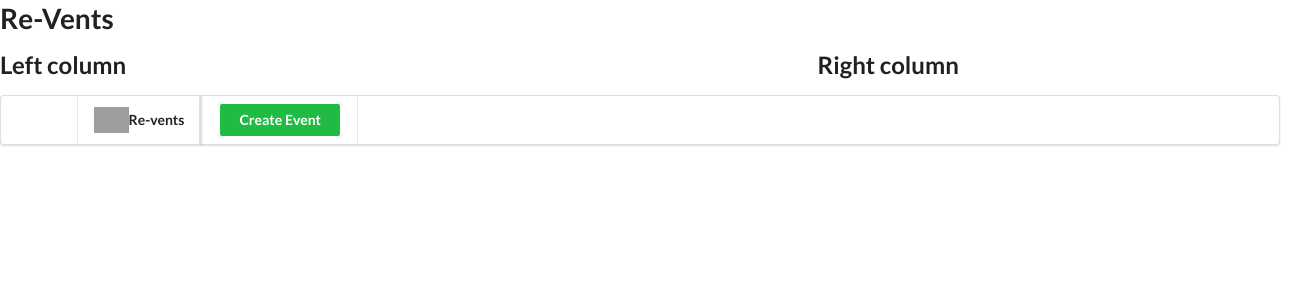
Repository: Preranabaruah/react-semantic-ui
Page: /
These files come from the project's save history. The page is drawn as it stood at one moment and after the next save; the edit follows.
The browser window is 1280 px wide. The page is 1294 px wide, so the pictures cover 1294 px, including what lies to the right of the window. The pictures show the whole page.
Pictures or frames that could not be fetched are drawn as grey boxes. The project was rebuilt for these pictures with package versions that can differ from the ones it lists, and the page was loaded fresh each time. Also part of the build but not shown: vite.config.ts.

Above is the page before, as saved 2023-09-08 13:10:22.

### index.html
<!doctype html>
<html lang="en">
  <head>
    <meta charset="UTF-8" />
    <link rel="icon" type="image/svg+xml" href="/vite.svg" />
    <meta name="viewport" content="width=device-width, initial-scale=1.0" />
    <title>Re-vents</title>
  </head>
  <body>
    <div id="root"></div>
    <script type="module" src="/src/index.tsx"></script>
  </body>
</html>

### src/index.tsx
import React from "react";
import ReactDOM from "react-dom/client";
import App from "./App.tsx";
import "semantic-ui-css/semantic.min.css";
ReactDOM.createRoot(document.getElementById("root")!).render(
  <React.StrictMode>
    <App />
  </React.StrictMode>
);

### src/App.tsx
import EventDashboard from "./features/events/event-dashboard";
import NavBar from "./features/nav-bar";

function App() {
  return (
    <>
      <div>
        <h1>Re-Vents</h1>
        <EventDashboard />
        <NavBar />
      </div>
    </>
  );
}

export default App;

### src/features/events/event-dashboard/index.tsx
import { Grid } from "semantic-ui-react";
const EventDashboard = () => {
  return (
    <>
      <Grid>
        <Grid.Column width={10}>
          <h2>Left column</h2>
        </Grid.Column>
        <Grid.Column width={6}>
          <h2>Right column</h2>
        </Grid.Column>
      </Grid>
    </>
  );
};

export default EventDashboard;

### src/features/nav-bar/index.tsx
import { Menu, Container, Button } from "semantic-ui-react";

const NavBar = () => {
  return (
    <>
      <Menu inverted-fixed="top">
        <Container>
          <Menu.Item header>
            <img src="/src/assets/react.svg" />
            Re-vents
          </Menu.Item>
          <Menu name="events" />
          <Menu.Item>
            <Button positive inverted content="Create Event" />
          </Menu.Item>
        </Container>
      </Menu>
    </>
  );
};

export default NavBar;

After the next save:
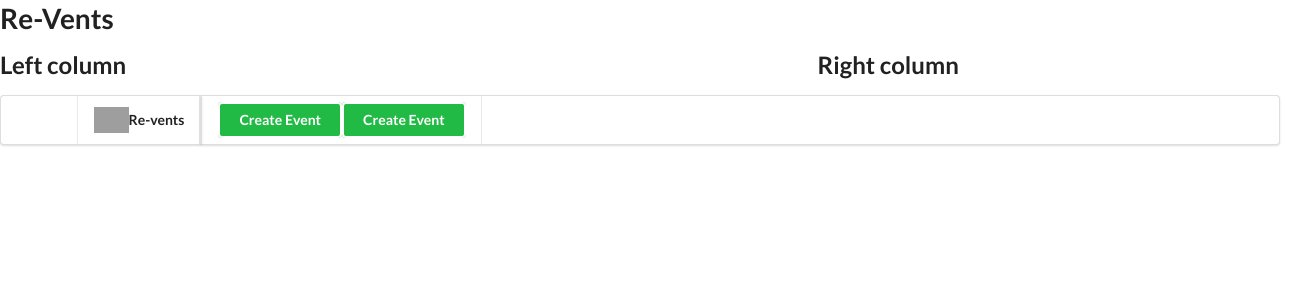
Saved 10 s later.
--- a/src/features/nav-bar/index.tsx
+++ b/src/features/nav-bar/index.tsx
@@ -12,6 +12,7 @@
           <Menu name="events" />
           <Menu.Item>
             <Button positive inverted content="Create Event" />
+            <Button positive inverted content="Create Event" />
           </Menu.Item>
         </Container>
       </Menu>

After the save that followed:
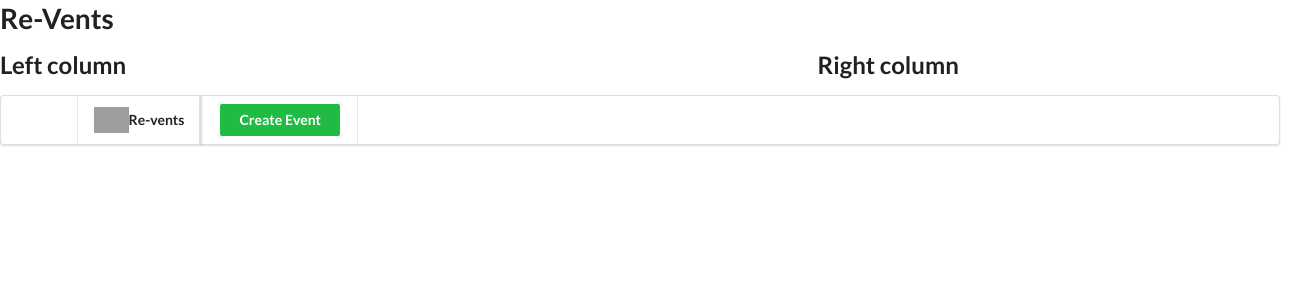
Saved 10 s later.
--- a/src/features/nav-bar/index.tsx
+++ b/src/features/nav-bar/index.tsx
@@ -12,7 +12,6 @@
           <Menu name="events" />
           <Menu.Item>
             <Button positive inverted content="Create Event" />
-            <Button positive inverted content="Create Event" />
           </Menu.Item>
         </Container>
       </Menu>
